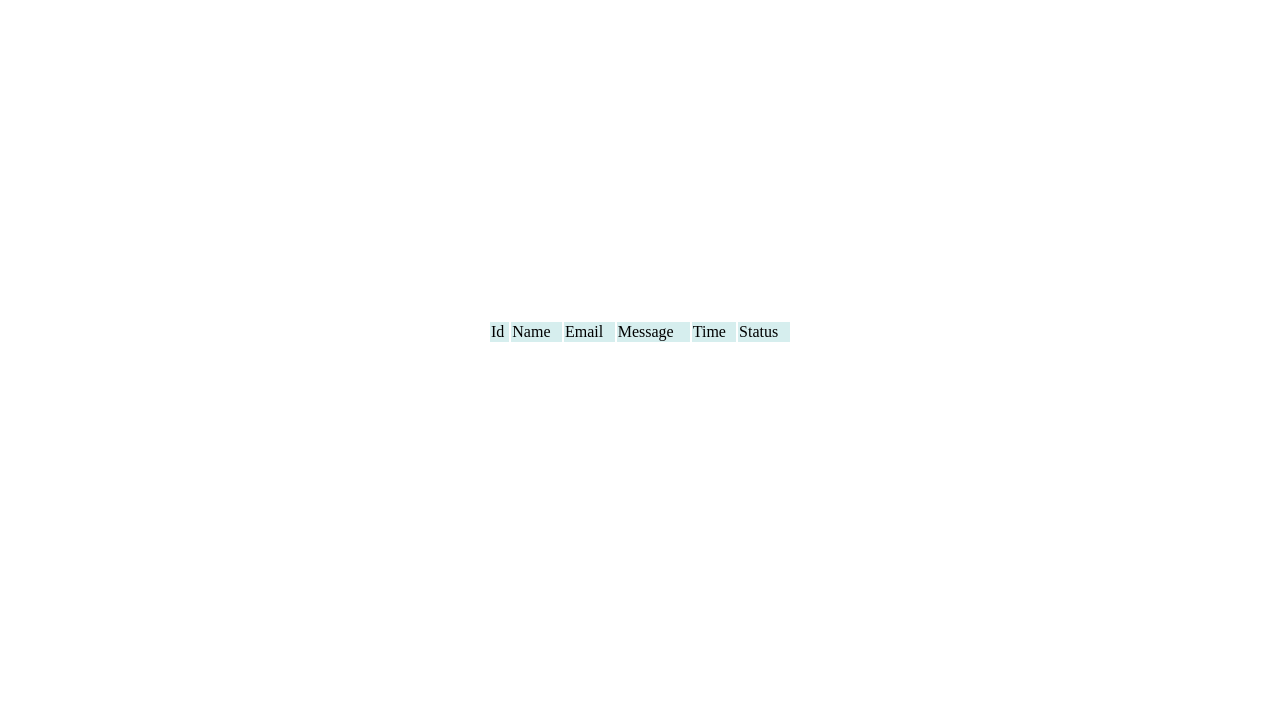
Repository: Shivamkr522/Contact_Us_Page
Page: http://localhost/ContactUs/dashboard
An editor plug-in stored every save of this project. The page is shown before and after the next save, followed by the edit.
The browser window is 1280 px wide. The pictures show the whole page.
The page is served by Tomcat 9. The session is filled in as if someone had signed in: {"admin": "Test User"}. Other server files are loaded and not shown. Queries for data that is not in the repository find no rows.

Above is the page before, as saved 2022-12-11 20:06:50.

### ContactUs/src/main/webapp/dashboard.jsp
<%@ page language="java" contentType="text/html; charset=UTF-8"
    pageEncoding="UTF-8"  import="java.util.*, com.contactus.Request"%>
<%@ taglib uri="http://java.sun.com/jsp/jstl/core" prefix="c"%>
<!DOCTYPE html>
<html>
<head>
<meta charset="UTF-8">
<title>Insert title here</title>
<link rel="stylesheet" href="dashboard.css">
</head>
<body>
	<%
		response.setHeader("Cache-Control", "no-cache, no-store, must-revalidate");
		if(session.getAttribute("admin")==null){
			response.sendRedirect("login.jsp");
		}
		session.getAttribute("contactUsData");
	%>
	<div id="table-content">
		<table>
		<thead>
			<tr>
				<td>Id</td>
				<td>Name</td>
				<td>Email</td>
				<td>Message</td>
				<td>Time</td>
				<td>Status</td>
			</tr>
		</thead>
		<tbody>
			<c:forEach var="sendData" items = "${contactUsData}"  >
				<tr>
					<td>${sendData.getId()}</td>
					<td>${sendData.getName()}</td>
					<td>${sendData.getEmail()}</td>
					<td>${sendData.getMessage()}</td>
					<td>${sendData.getTime()}</td>
					<td>${sendData.getStatus()}</td>
					<td><form action="dashboard" method="post">
            			<input type="hidden" name="id" value="${sendData.getId()}">
            			<button type="submit" name="status"value="${sendData.getStatus()}">${sendData.getStatus()}</button>
            			</form>
            		</td>
				</tr>
			</c:forEach>
		</tbody>

	</table>
	</div>


</body>
</html>

### ContactUs/src/main/java/com/login/DashboardServlet.java
package com.login;
import java.io.IOException;
import java.util.*;

import javax.servlet.RequestDispatcher;
import javax.servlet.ServletException;
import javax.servlet.annotation.WebServlet;
import javax.servlet.http.HttpServlet;
import javax.servlet.http.HttpServletRequest;
import javax.servlet.http.HttpServletResponse;
import javax.servlet.http.HttpSession;

import com.contactus.RequestDAO;
import com.contactus.Request;
@WebServlet("/dashboard")
public class DashboardServlet extends HttpServlet{
	private static final long serialVersionUID = 1L;

	public void doGet(HttpServletRequest req, HttpServletResponse res) throws IOException, ServletException {
		List<Request> contactUsUserData = new ArrayList<>();
		contactUsUserData = RequestDAO.fetchData();
		HttpSession session=req.getSession();
        session.setAttribute("contactUsData",contactUsUserData);

        RequestDispatcher reqDis = req.getRequestDispatcher("dashboard.jsp");
		reqDis.forward(req, res);
	}
	public void doPost(HttpServletRequest req, HttpServletResponse res) throws ServletException, IOException {
        int id = Integer.parseInt(req.getParameter("id"));
        String status = req.getParameter("status");
        Request requestdata = new Request();
        requestdata.setStatus(status);
        requestdata.setId(id);
        RequestDAO requestDao = new RequestDAO();
        try {
            requestDao.changeStatus(requestdata);
        }
        catch (Exception e) {
            e.printStackTrace();
        }
        res.sendRedirect("dashboard");
	}
}

### ContactUs/src/main/java/com/contactus/RequestDAO.java
package com.contactus;

import java.sql.*;
import java.util.ArrayList;
import java.util.List;

public class RequestDAO {
	public static final String DATABASE = "ContactUsDB";
    public static final String HOST_NAME = "localhost";
    public static final String HOST = "5432";
    public static final String USER = "postgres";
    public static final String PASSWORD = "postgres";

	public void saveRequest(Request req) {
		try {
			Class.forName("org.postgresql.Driver");
			Connection con = DriverManager.getConnection("jdbc:postgresql://"+HOST_NAME+":"+HOST+"/"+DATABASE,USER,PASSWORD);
			String query = "Insert Into contactus(fullname, emailid, message, status) values(?,?,?,?)";
			PreparedStatement prep = con.prepareStatement(query);
			prep.setString(1, req.getName());
			prep.setString(2, req.getEmail());
			prep.setString(3, req.getMessage());
			prep.setString(4, "active");
			prep.executeQuery();
			con.close();
		} catch (Exception e) {
			e.printStackTrace();
		}
	}

	public static List<Request> fetchData() {
		List<Request> lst = new ArrayList<Request>();
		try {
			Class.forName("org.postgresql.Driver");
			Connection con = DriverManager.getConnection("jdbc:postgresql://"+HOST_NAME+":"+HOST+"/"+DATABASE,USER,PASSWORD);
			String query ="Select * from contactus";
			Statement st =con.createStatement();
			ResultSet rt = st.executeQuery(query);

			while(rt.next()) {
				Request contain = new Request();
				int id=Integer.parseInt(rt.getString(1));
				contain.setId(id);
				contain.setName(rt.getString(2));
				contain.setEmail(rt.getString(3));
				contain.setMessage(rt.getString(4));
				contain.setTime(rt.getString(5));
				contain.setStatus(rt.getString(6));
				lst.add(contain);
			}
			return lst;
		}
		catch(Exception e){
			e.printStackTrace();
		}
		return null;
	}
	public void changeStatus(Request requestobj) throws ClassNotFoundException, SQLException {
        int id = requestobj.getId();
        String status = requestobj.getStatus();
            if(status.equals("active")) {
            status="archive";
        }
        else {
            status="active";
        }
        String sql ="update contactus set status='"+status+"' where id="+id+";";
        Class.forName("org.postgresql.Driver");
        Connection con= DriverManager.getConnection("jdbc:postgresql://"+HOST_NAME+":"+HOST+"/"+DATABASE,USER,PASSWORD);
        Statement st=con.createStatement();
         st.executeQuery(sql);
    }
}

### ContactUs/src/main/webapp/dashboard.css
@charset "UTF-8";


thead{
	background-color: #D6EEEE;
}

tr {
	border-bottom: 1px solid #ddd;
}

tr:hover{
	background-color: #D6EEEE;
}


#table-content{
	display: flex;
	flex-direction: column;
	margin: 20rem 30rem;
}

After the next save:
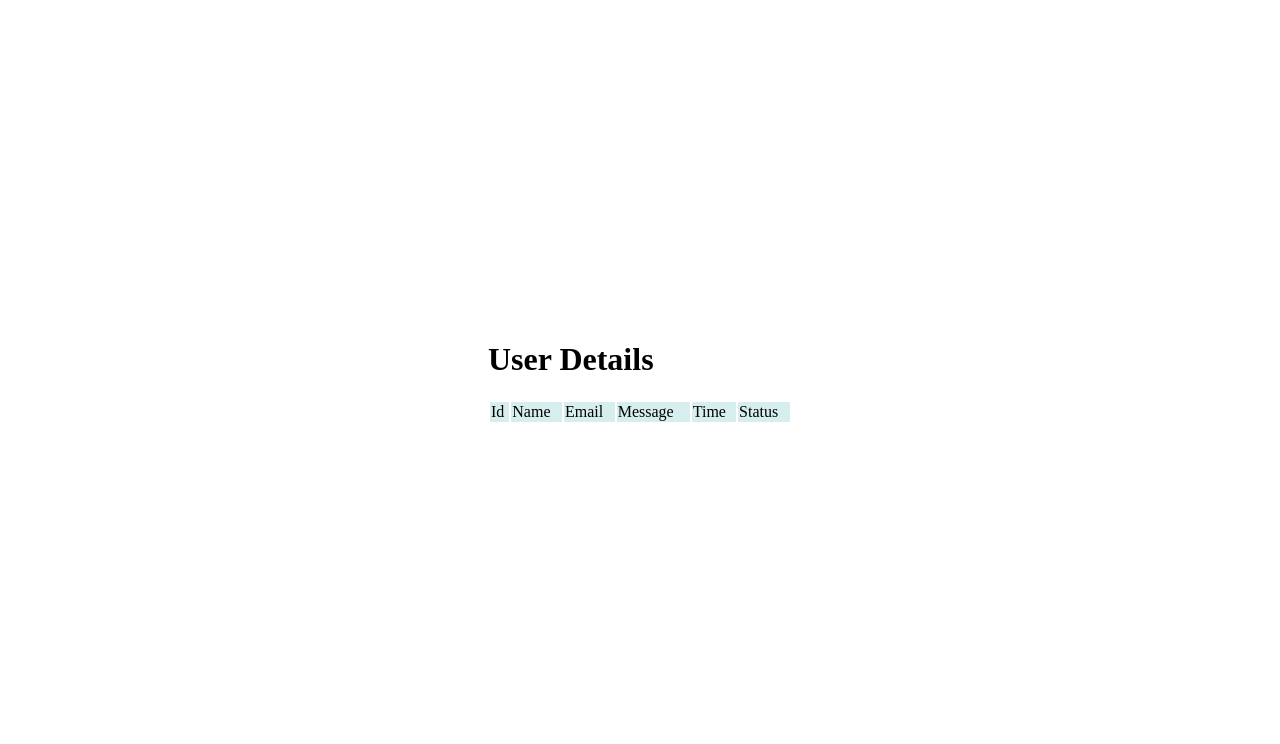
Saved 90 s later.
--- a/ContactUs/src/main/webapp/dashboard.jsp
+++ b/ContactUs/src/main/webapp/dashboard.jsp
@@ -17,6 +17,7 @@
 		session.getAttribute("contactUsData");
 	%>
 	<div id="table-content">
+		<h1>User Details</h1>
 		<table>
 		<thead>
 			<tr>
